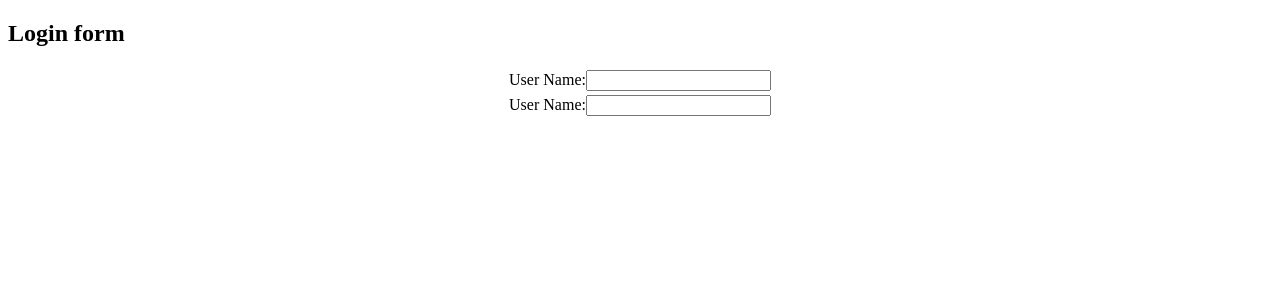
Repository: abhishek110597/Deloitte
Page: Workspace/JavaTraining/login.html
An editor plug-in stored every save of this project. The page is shown before and after the next save, followed by the edit.
The browser window is 1280 px wide. The pictures show the whole page.

Above is the page before, as saved 2019-12-28 04:54:38.

### Workspace/JavaTraining/login.html
<!DOCTYPE html>
<html>
<head>
<meta charset="ISO-8859-1">
<title>Login form</title>
</head>
<body>
<form>
<h2>Login form</h2>
<table border="0" align="center">
<tr>
<td>User Name:<input type="text" name="username" id="username"/></td>
</tr>
<tr>
<td>User Name:<input type="password" name="password" id="password"/></td>
</tr></table>
</form>
</body>
</html>

After the next save:
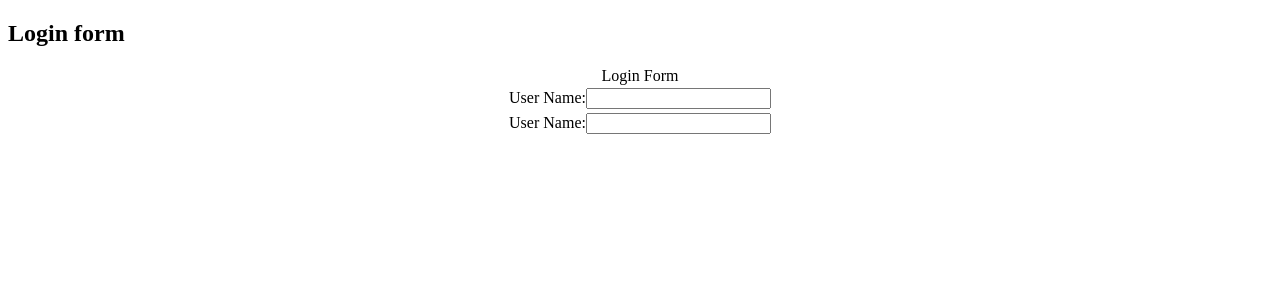
Saved 22 s later.
--- a/Workspace/JavaTraining/login.html
+++ b/Workspace/JavaTraining/login.html
@@ -8,12 +8,14 @@
 <form>
 <h2>Login form</h2>
 <table border="0" align="center">
+<caption>Login Form</caption>
 <tr>
 <td>User Name:<input type="text" name="username" id="username"/></td>
 </tr>
 <tr>
 <td>User Name:<input type="password" name="password" id="password"/></td>
-</tr></table>
+</tr>
+</table>
 </form>
 </body>
 </html>
